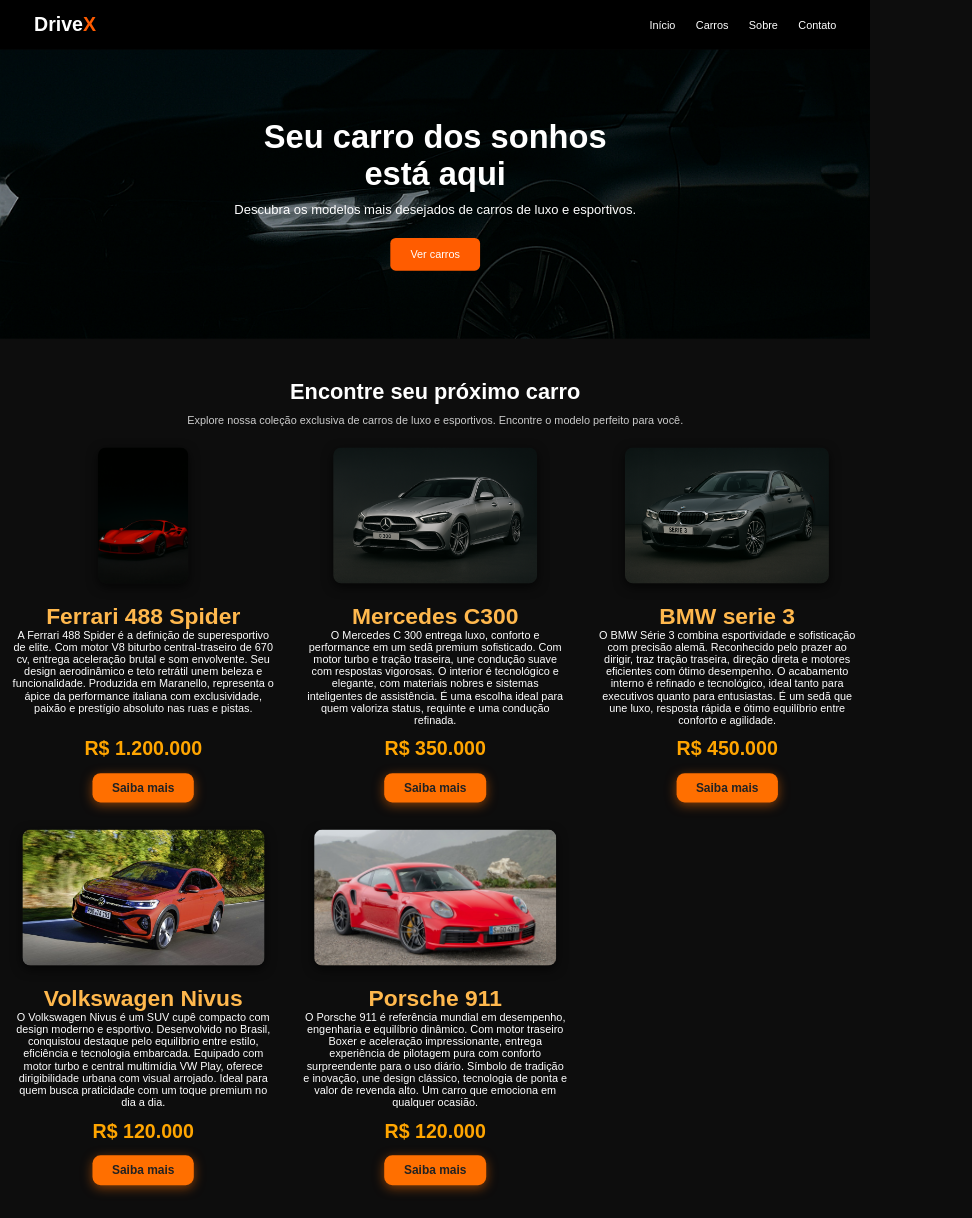
Repository: Mateushlp/DriveX
Page: index.html
An editor plug-in stored every save of this project. The page is shown before and after a run of saves, followed by the edit.
The browser window is 1280 px wide. The page is 1280 px wide, then 1429 px, so the pictures cover 1429 px, including what lies to the right of the window. The pictures show the whole page, at 68% of full size.

Above is the page before, as saved 2025-06-23 22:23:37.

### index.html
<!DOCTYPE html>
<html lang="pt-br">
<head>
  <meta charset="UTF-8" />
  <meta name="viewport" content="width=device-width, initial-scale=1.0"/>
  <title>DriveX</title>
  <link rel="stylesheet" href="style.css" />
</head>
<body>
  <header>
    <div class="logo">Drive<span>X</span></div>
    <nav>
      <ul>
        <li><a href="#">Início</a></li>
        <li><a href="#">Carros</a></li>
        <li><a href="#">Sobre</a></li>
        <li><a href="#">Contato</a></li>
      </ul>
    </nav>
  </header>

  <section class="hero">
    <div class="hero-content">
      <h1>Seu carro dos sonhos<br>está aqui</h1>
      <p>Descubra os modelos mais desejados de carros de luxo e esportivos.</p>
      <button onclick="scrollToCars()">Ver carros</button>
    </div>
  </section>

  <section class="intro">
    <h2>Encontre seu próximo carro</h2>
    <p>Explore nossa coleção exclusiva de carros de luxo e esportivos. Encontre o modelo perfeito para você.</p>
  </section>

  <section id="carros" class="grid-carro">
    <div class="card-carro">
      <img src="./img/ferrari.png" alt="Ferrari 488 Spider" />
      <h3>Ferrari 488 Spider</h3>
      <p>A Ferrari 488 Spider é a definição de superesportivo de elite. Com motor V8 biturbo central-traseiro de 670 cv, entrega aceleração brutal e som envolvente. Seu design aerodinâmico e teto retrátil unem beleza e funcionalidade. Produzida em Maranello, representa o ápice da performance italiana com exclusividade, paixão e prestígio absoluto nas ruas e pistas.</p>
      <strong>R$ 1.200.000</strong>
      <button class="btn-detalhes" data-modelo="Ferrari 488 Spider">Saiba mais</button>
    </div>

    <div class="card-carro">
      <img src="./img/ChatGPT Image 19 de jun. de 2025, 23_14_08.png" alt="Mercedes C300" />
      <h3>Mercedes C300</h3>
      <p>O Mercedes C 300 entrega luxo, conforto e performance em um sedã premium sofisticado. Com motor turbo e tração traseira, une condução suave com respostas vigorosas. O interior é tecnológico e elegante, com materiais nobres e sistemas inteligentes de assistência. É uma escolha ideal para quem valoriza status, requinte e uma condução refinada.</p>
      <strong>R$ 350.000</strong>
      <button class="btn-detalhes" data-modelo="Mercedes C300">Saiba mais</button>
    </div>

    <div class="card-carro">
      <img src="./img/serie 3.png" alt="BMW serie 3" />
      <h3>BMW serie 3</h3>
      <p>O BMW Série 3 combina esportividade e sofisticação com precisão alemã. Reconhecido pelo prazer ao dirigir, traz tração traseira, direção direta e motores eficientes com ótimo desempenho. O acabamento interno é refinado e tecnológico, ideal tanto para executivos quanto para entusiastas. É um sedã que une luxo, resposta rápida e ótimo equilíbrio entre conforto e agilidade.</p>
      <strong>R$ 450.000</strong>
      <button class="btn-detalhes" data-modelo="BMW serie 3">Saiba mais</button>
    </div>

    <div class="card-carro">
      <img src="./img/nivus.jpg" alt="Volkswagen Nivus" />
      <h3>Volkswagen Nivus</h3>
      <p>O Volkswagen Nivus é um SUV cupê compacto com design moderno e esportivo. Desenvolvido no Brasil, conquistou destaque pelo equilíbrio entre estilo, eficiência e tecnologia embarcada. Equipado com motor turbo e central multimídia VW Play, oferece dirigibilidade urbana com visual arrojado. Ideal para quem busca praticidade com um toque premium no dia a dia.</p>
      <strong>R$ 120.000</strong>
      <button class="btn-detalhes" data-modelo="nivus">Saiba mais</button>
    </div>

    <div class="card-carro">
      <img src="./img/Porsche-911.jpg" alt="Porsche 911" />
      <h3>Porsche 911</h3>
      <p>O Porsche 911 é referência mundial em desempenho, engenharia e equilíbrio dinâmico. Com motor traseiro Boxer e aceleração impressionante, entrega experiência de pilotagem pura com conforto surpreendente para o uso diário. Símbolo de tradição e inovação, une design clássico, tecnologia de ponta e valor de revenda alto. Um carro que emociona em qualquer ocasião.</p>
      <strong>R$ 120.000</strong>
      <button class="btn-detalhes" data-modelo="911">Saiba mais</button>
    </div>
  </section>

  <div id="modal-detalhes" class="modal">
    <div class="modal-content">
      <span id="fechar-modal" class="fechar">&times;</span>
      <h2 id="titulo-modal"></h2>
      <img id="img-modal" src="" alt="" style="max-width: 100%; border-radius: 10px; margin-bottom: 1rem;" />
      <p id="descricao-modal"></p>
      <strong id="preco-modal"></strong>
    </div>
  </div>

  <script src="script.js"></script>
</body>
</html>

### style.css
* {
  margin: 0;
  padding: 0;
  box-sizing: border-box;
}

body {
  font-family: 'Arial', sans-serif;
  background-color: #0d0d0d;
  color: #fff;
}

header {
  display: flex;
  justify-content: space-between;
  align-items: center;
  padding: 20px 50px;
  background-color: #000;
}

.logo {
  font-size: 1.8rem;
  font-weight: bold;
}

.logo span {
  color: #ff5c00;
}

nav ul {
  list-style: none;
  display: flex;
  gap: 30px;
}

nav a {
  color: #fff;
  text-decoration: none;
  font-size: 1rem;
}

.hero {
  background-image: url('img/fundo carrodo sonho.png');
  background-size: cover;
  background-position: center;
  padding: 100px 20px;
  text-align: center;
}

.hero-content h1 {
  font-size: 3rem;
  font-weight: bold;
  margin-bottom: 15px;
}

.hero-content p {
  font-size: 1.2rem;
  margin-bottom: 30px;
}

.hero-content button {
  background-color: #ff5c00;
  border: none;
  padding: 15px 30px;
  font-size: 1rem;
  color: #fff;
  border-radius: 8px;
  cursor: pointer;
}

.intro {
  text-align: center;
  padding: 60px 20px 30px;
}

.intro h2 {
  font-size: 2rem;
  margin-bottom: 15px;
}

.intro p {
  font-size: 1rem;
  color: #ccc;
}

.grid-carro {
  display: grid;
  grid-template-columns: repeat(auto-fill, minmax(320px, 1fr));
  gap: 2.5rem;
  padding: 0 1rem 3rem;
  align-items: stretch; /* força as células da grid terem mesma altura */
}

/* Cards de carro */
.card-carro {
  display: flex;
  flex-direction: column;
  align-items: center;
  height: 100%; /* faz o card ocupar toda altura da célula */
}

.card-carro:hover {
  transform: translateY(-8px);
  box-shadow: 0 12px 35px rgba(255, 111, 0, 0.5);
}

.card-carro img {
  width: 100;
  max-height: 200px; /* Limita a altura */
  object-fit: cover;
  border-radius: 12px;
  margin-bottom: 1.2rem;
  box-shadow: 0 5px 15px rgba(0,0,0,0.7);
}

.card-carro h3 {
  font-size: 2.1rem;
  color: #ffb84d;
  margin-top: 0.6rem;
  text-align: center;
}

.card-carro p {
  flex-grow: 1;
  text-align: center;
}

.card-carro strong {
  font-size: 1.8rem;
  color: #ffa500;
  margin: 1rem 0 1.2rem 0;
  font-weight: 900;
  text-align: center;
}

/* Botão Saiba Mais */
.btn-detalhes {
  background-color: #ff6f00;
  color: #222;
  border: none;
  padding: 0.7rem 1.8rem;
  border-radius: 12px;
  cursor: pointer;
  font-weight: 700;
  font-size: 1.1rem;
  transition: background-color 0.3s ease;
  box-shadow: 0 4px 15px rgba(255, 111, 0, 0.5);
}

.btn-detalhes:hover {
  background-color: #ff9100;
  box-shadow: 0 6px 22px rgba(255, 145, 0, 0.8);
}

/* Modal */
.modal {
  display: none;
  position: fixed;
  z-index: 9999;
  left: 0;
  top: 0;
  width: 100%;
  height: 100%;
  background-color: rgba(18, 18, 18, 0.85);
  justify-content: center;
  align-items: center;
  overflow-y: auto;
  padding: 2rem 1rem;
}

.modal-content {
  background: #2a2a2a;
  padding: 2.5rem;
  border-radius: 20px;
  max-width: 600px;
  text-align: center;
  box-shadow: 0 10px 40px rgba(255, 111, 0, 0.7);
  color: #fff;
  position: relative;
}

.fechar {
  position: absolute;
  top: 20px;
  right: 25px;
  font-size: 2.6rem;
  cursor: pointer;
  color: #ff6f00;
  transition: color 0.3s ease;
}

.fechar:hover {
  color: #ffa040;
}

### script.js
function scrollToCars() {
  document.getElementById('carros').scrollIntoView({ behavior: 'smooth' });
}

const modal = document.getElementById("modal-detalhes");
const fecharModal = document.getElementById("fechar-modal");
const tituloModal = document.getElementById("titulo-modal");
const imgModal = document.getElementById("img-modal");
const descricaoModal = document.getElementById("descricao-modal");
const precoModal = document.getElementById("preco-modal");

const carrosDados = {
  "Ferrari 488 Spider": {
    descricao: "A Ferrari 488 Spider combina desempenho excepcional com design italiano sofisticado. Equipada com um motor V8 biturbo de 670 cv, atinge 0 a 100 km/h em apenas 3 segundos. É um conversível que oferece emoção pura e luxo absoluto.",
    preco: "R$ 1.200.000",
    img: "./img/ferrari.png",
  },
  "Mercedes C300": {
    descricao: "Luxo, tecnologia e performance. Motor turbo de 258cv, interior com acabamento premium, painel digital MBUX, assistente de voz e iluminação ambiente. Segurança com frenagem automática e piloto adaptativo.",
    preco: "R$ 350.000",
    img: "./img/ChatGPT Image 19 de jun. de 2025, 23_14_08.png",
  },
  "BMW serie 3": {
    descricao: "Design esportivo e tecnologia de ponta. Motor turbo de 258cv, tração traseira, câmbio automático de 8 marchas e modos de condução inteligentes. Interior refinado com tela curva, assistente pessoal e conectividade total. Dirigibilidade e conforto que definem o segmento premium.",
    preco: "R$ 450.000",
    img: "./img/serie 3.png",
  },
  "nivus": {
    descricao: "O Volkswagen Nivus é um crossover compacto com design coupé, desenvolvido no Brasil e lançado em 2020. Ele se destaca pelo visual moderno e pela tecnologia embarcada, como o painel Active Info Display e a central multimídia VW Play",
    preco: "R$ 120.000",
    img: "./img/nivus.jpg",
  },
  "911": {
    descricao: "Suspensão adaptativa PASM, motor boxer biturbo com equilíbrio perfeito, tração traseira ou integral, modo Wet para segurança em chuva, interior esportivo com luxo discreto e acabamento premium Porsche, Ícone mundial com DNA de competição, direção precisa e visceral, carroceria aerodinâmica para máxima estabilidade, painel com tradição e tecnologia, desempenho brutal com elegância, feito para quem valoriza exclusividade real.",
    preco: "R$ 120.000",
    img: "./img/Porsche-911.jpg",
  },
};

function abrirModal(modelo) {
  const dados = carrosDados[modelo];
  if (dados) {
    tituloModal.textContent = modelo;
    descricaoModal.textContent = dados.descricao;
    precoModal.textContent = dados.preco;
    imgModal.src = dados.img;
    imgModal.alt = modelo;
    modal.classList.add("show");
    modal.style.display = "flex";
    modal.animate([{ opacity: 0 }, { opacity: 1 }], { duration: 300, fill: "forwards" });
  }
}

function fecharModalFunc() {
  const anim = modal.animate([{ opacity: 1 }, { opacity: 0 }], { duration: 300, fill: "forwards" });
  anim.onfinish = () => {
    modal.style.display = "none";
    modal.classList.remove("show");
  };
}

document.querySelectorAll(".btn-detalhes").forEach((button) => {
  button.addEventListener("click", () => {
    abrirModal(button.dataset.modelo);
  });
});

if (fecharModal) {
  fecharModal.addEventListener("click", fecharModalFunc);
}

window.addEventListener("click", (e) => {
  if (e.target === modal) {
    fecharModalFunc();
  }
});

After the next 2 saves:
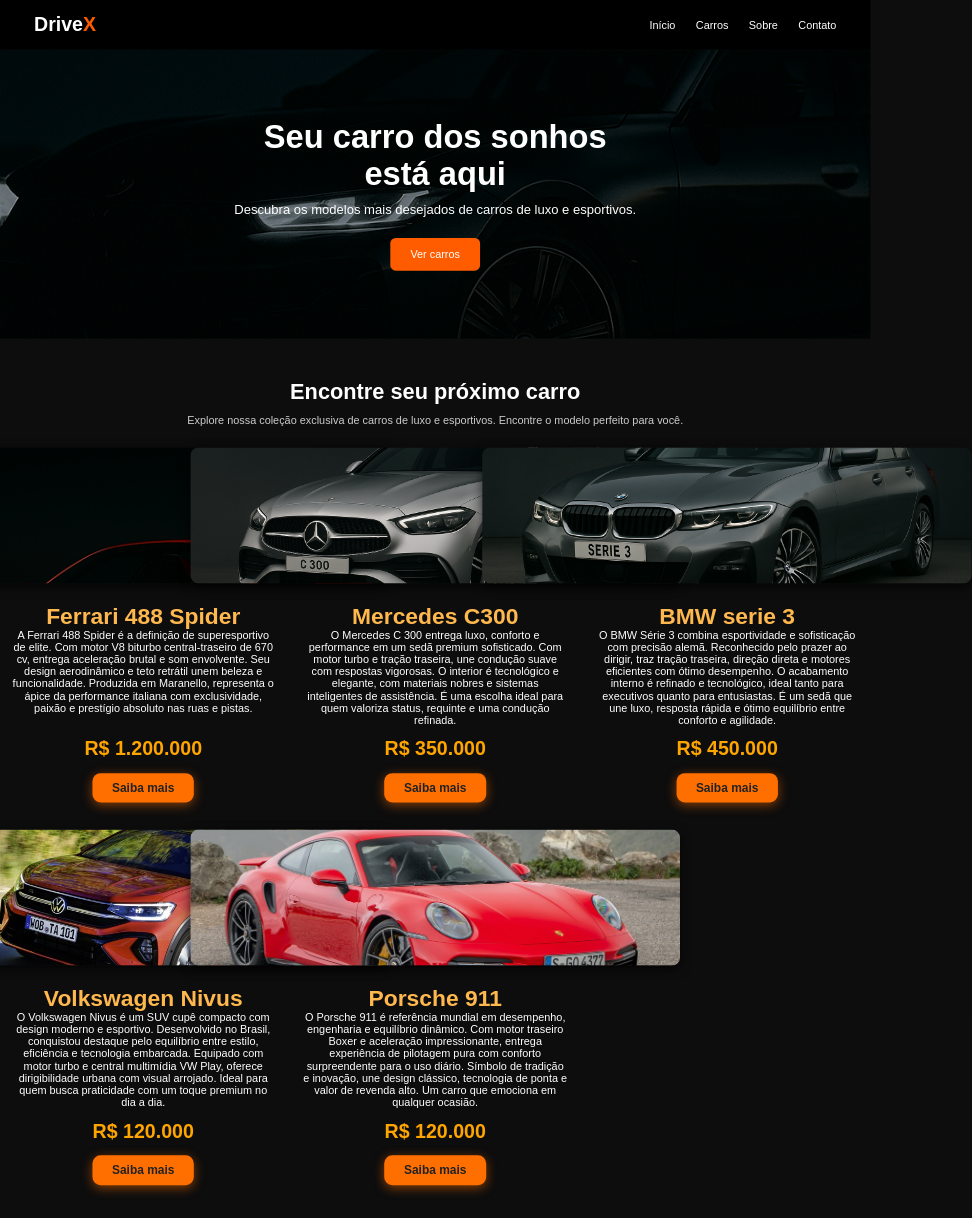
The 2 saves are shown as one change because they came seconds apart.
The last was saved 7 s later.
--- a/style.css
+++ b/style.css
@@ -105,7 +105,7 @@
 }
 
 .card-carro img {
-  width: 100;
+  width: 100vh;
   max-height: 200px; /* Limita a altura */
   object-fit: cover;
   border-radius: 12px;
